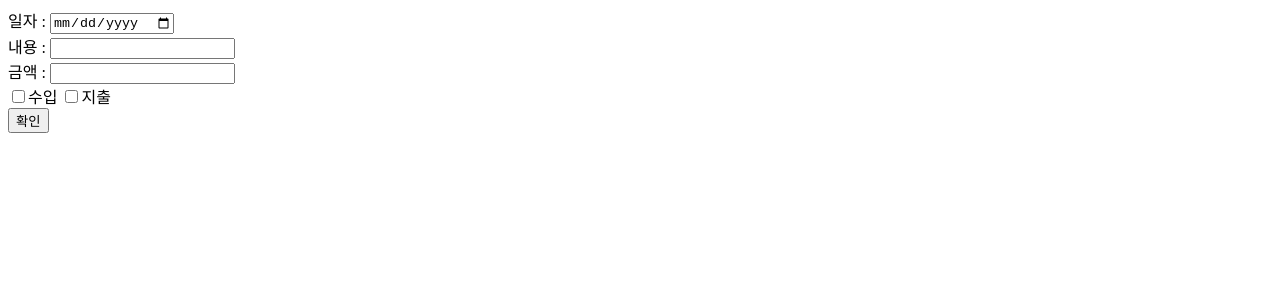
Repository: hus0124/M-IT
Page: http://localhost/pocketMoneyDiary/input.jsp
An editor plug-in stored every save of this project. The page is shown before and after the next save, followed by the edit.
The browser window is 1280 px wide. The pictures show the whole page.
The page is served by Tomcat 9. Other server files are loaded and not shown.

Above is the page before, as saved 2020-01-02 06:01:16.

### JSP_Workspaces/pocketMoneyDiary/WebContent/input.jsp
<%@ page language="java" contentType="text/html; charset=EUC-KR"
    pageEncoding="EUC-KR"%>
<!DOCTYPE html PUBLIC "-//W3C//DTD HTML 4.01 Transitional//EN" "http://www.w3.org/TR/html4/loose.dtd">
<html>
<head>
<meta http-equiv="Content-Type" content="text/html; charset=EUC-KR">
<title>Insert title here</title>
</head>
<body>
<form action="create.jsp" method="post">
일자 : <input type = "date" name="date"><br>
내용 : <input type = "text" name="content"><br>
금액 : <input type = "text" name="price"><br>
<input type="checkbox" name="pricecheck" value="income">수입
<input type="checkbox" name="pricecheck" value="outcome">지출
<br><input type="submit" value="확인">
</form>
</body>
</html>

After the next save:
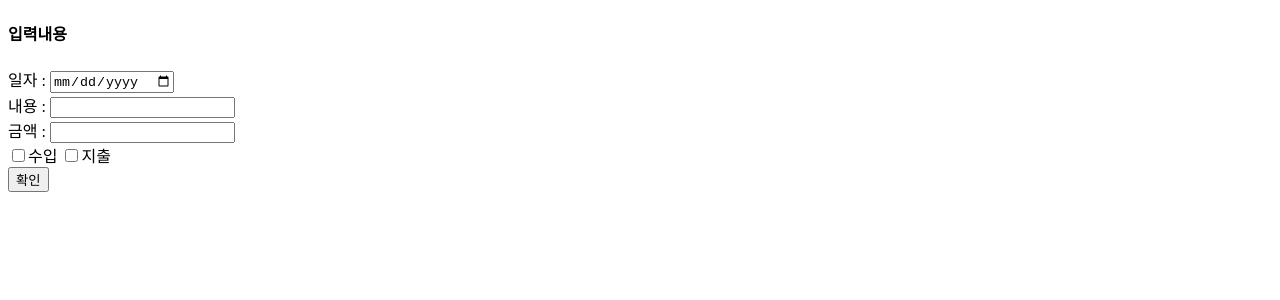
Saved 6 min 30 s later.
--- a/JSP_Workspaces/pocketMoneyDiary/WebContent/input.jsp
+++ b/JSP_Workspaces/pocketMoneyDiary/WebContent/input.jsp
@@ -7,6 +7,7 @@
 <title>Insert title here</title>
 </head>
 <body>
+<h4>입력내용</h4>
 <form action="create.jsp" method="post">
 일자 : <input type = "date" name="date"><br>
 내용 : <input type = "text" name="content"><br>
